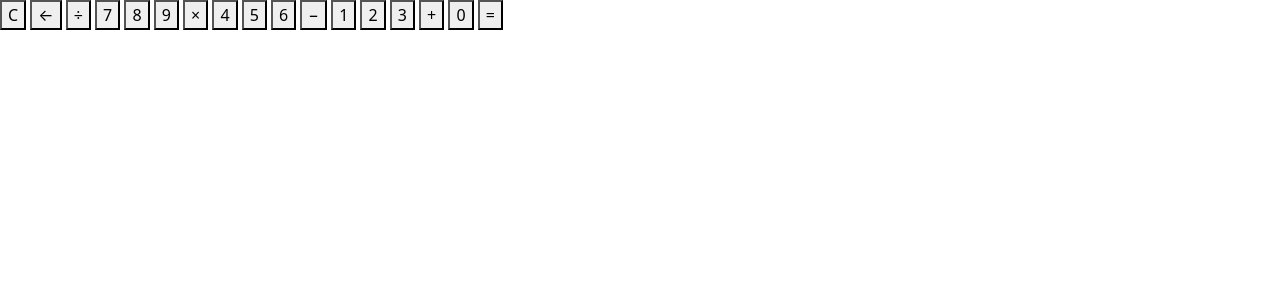
Repository: jgramirez0210/LAB-calculator
Page: index.html
An editor plug-in stored every save of this project. The page is shown before and after the next save, followed by the edit.
The browser window is 1280 px wide. The pictures show the whole page.

Above is the page before, as saved 2023-10-10 20:31:18.

### index.html
<!DOCTYPE html>
<html lang="en">
<head>
  <meta charset="UTF-8">
  <meta name="viewport" content="width=device-width, initial-scale=1.0">
  <title>Calculator</title>
  <link href="https://cdn.jsdelivr.net/npm/bootstrap@5.3.2/dist/css/bootstrap.min.css" rel="stylesheet" integrity="sha384-T3c6CoIi6uLrA9TneNEoa7RxnatzjcDSCmG1MXxSR1GAsXEV/Dwwykc2MPK8M2HN" crossorigin="anonymous">
  <link rel="stylesheet" href="main.css">
</head>
<body>
  <div class="calculator-wrapper"></div>
    <div class="display"0</h1>
    <button id="clear-btn">C</button>
    <button id="back-btn">←</button>
    <button id="divide-btn">÷</button>
    <button id="7">7</button>
    <button id="8">8</button>
    <button id="9">9</button>
    <button id="multiply">×</button>
    <button id="4">4</button>
    <button id="5">5</button>
    <button id="6">6</button>
    <button id="minus">−</button>
    <button id="1">1</button>
    <button id="2">2</button>
    <button id="3">3</button>
    <button id="add">+</button>
    <button id="0">0</button>
    <button id="=">=</button>
  <script src="https://cdn.jsdelivr.net/npm/bootstrap@5.3.2/dist/js/bootstrap.bundle.min.js" integrity="sha384-C6RzsynM9kWDrMNeT87bh95OGNyZPhcTNXj1NW7RuBCsyN/o0jlpcV8Qyq46cDfL" crossorigin="anonymous"></script>
  <script src="main.js"></script>
</body>
</html>

### main.css
.calculator-wrapper {
 width: 400px;
 display: grid;
 grid-template-columns: repeat(4, 1fr);
 gap: 1px;
 background-color:#ddd;
 margin: 0 auto;
}
#button {
  padding: 20px;
  background-color: #f2f2f2;
  border: 1px solid #ccc;
  text-align: center;
}

### main.js
console.log("testeroo")

After the next save:
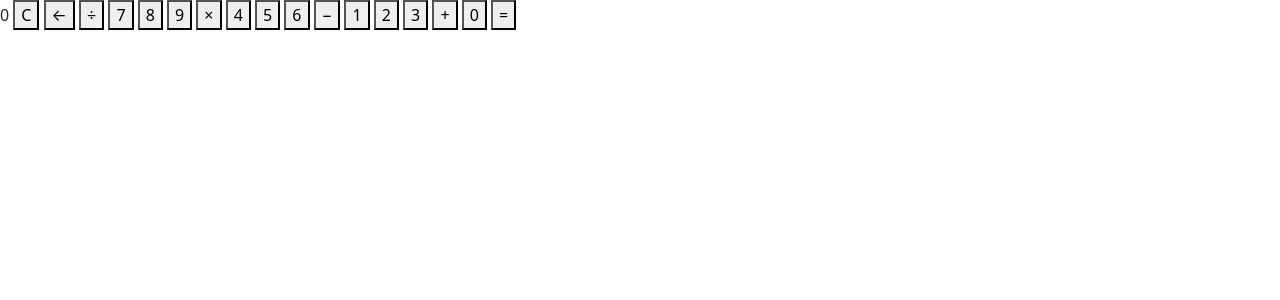
Saved 5 s later.
--- a/index.html
+++ b/index.html
@@ -9,7 +9,7 @@
 </head>
 <body>
   <div class="calculator-wrapper"></div>
-    <div class="display"0</h1>
+    <div class="display"></div>0</h1>
     <button id="clear-btn">C</button>
     <button id="back-btn">←</button>
     <button id="divide-btn">÷</button>
